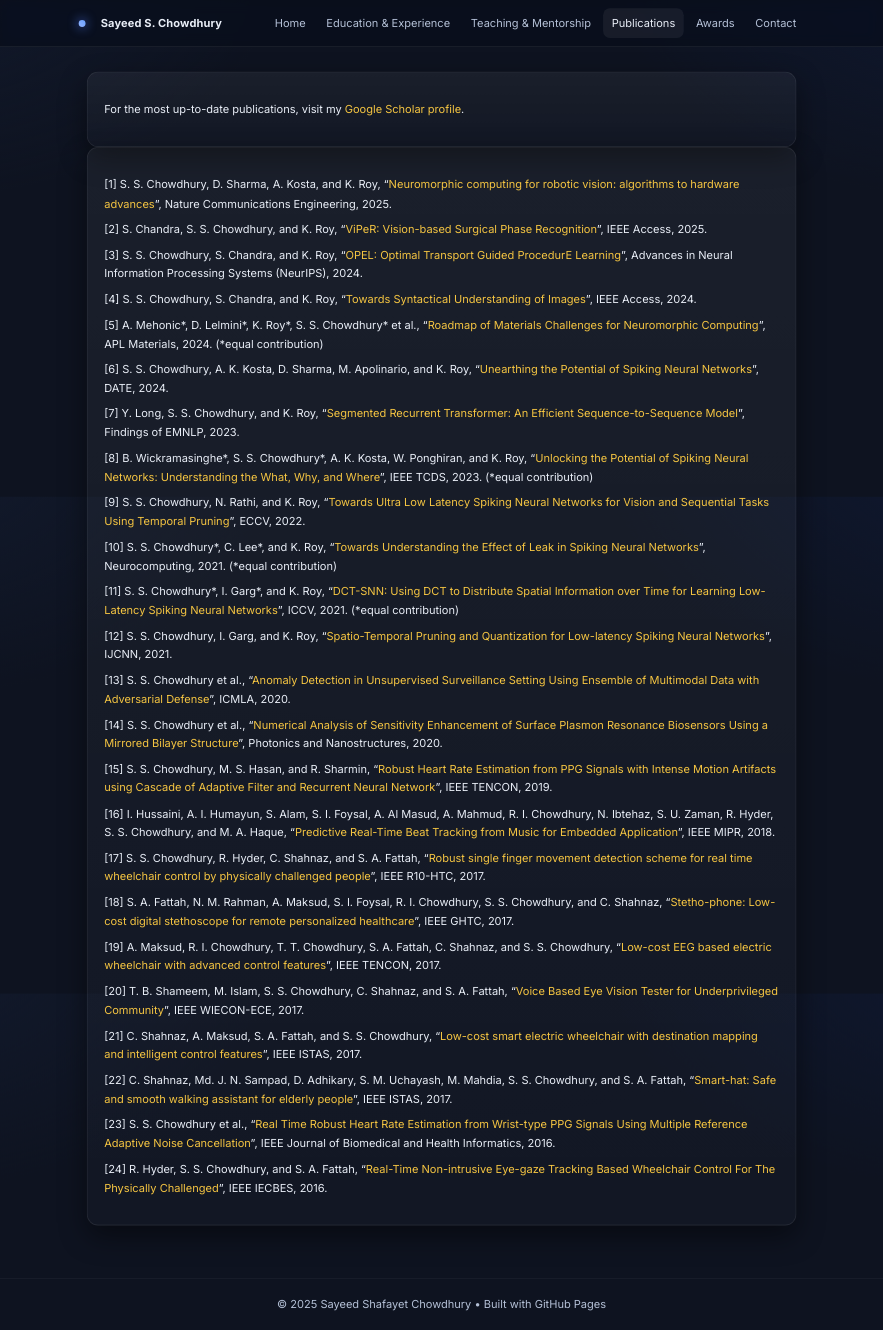
Repository: SayeedChowdhury/SayeedChowdhury.github.io
Page: publications.html
These files come from the project's save history. The page is drawn as it stood at one moment and after the next save; the edit follows.
The browser window is 1280 px wide. The pictures show the whole page, at 69% of full size.

Above is the page before, as saved 2025-08-11 14:33:19.

### publications.html
<!doctype html>
<html lang="en">
<head>
  <meta charset="utf-8">
  <meta name="viewport" content="width=device-width, initial-scale=1">
  <title>Publications • Sayeed S. Chowdhury</title>
  <link rel="preconnect" href="https://fonts.googleapis.com">
  <link rel="preconnect" href="https://fonts.gstatic.com" crossorigin>
  <link href="https://fonts.googleapis.com/css2?family=Inter:wght@400;600;700&display=swap" rel="stylesheet">
  <link rel="stylesheet" href="assets/style.css">
</head>
<body>
<div class="nav">
  <div class="inner container">
    <div class="brand"><span class="dot"></span> <a href="index.html" style="text-decoration:none;color:inherit;">Sayeed S. Chowdhury</a></div>
    <div style="margin-left:auto; display:flex; gap:6px; flex-wrap:wrap">
      <a href="index.html" class="">Home</a>
      <a href="edu-exp.html" class="">Education & Experience</a>
      <a href="teaching.html" class="">Teaching & Mentorship</a>
      <a href="publications.html" class="active">Publications</a>
      <a href="awards.html" class="">Awards</a>
      <a href="contact.html" class="">Contact</a>
    </div>
  </div>
</div>
<div class="container">

<section class="section">
  <div class="card">
    <p>For the most up-to-date publications, visit my
      <a href="https://scholar.google.com/citations?hl=en&user=646ndV4AAAAJ&view_op=list_works&sortby=pubdate" target="_blank" rel="noopener">Google Scholar profile</a>.
    </p>
  </div>
  <div class="card">
    <ol class="list" style="list-style:none; padding-left:0">
      <li>[1] S. S. Chowdhury, D. Sharma, A. Kosta, and K. Roy, “<a href="https://scholar.google.com/scholar?q=Neuromorphic+computing+for+robotic+vision:+algorithms+to+hardware+advances" target="_blank" rel="noopener">Neuromorphic computing for robotic vision: algorithms to hardware advances</a>”, Nature Communications Engineering, 2025.</li>
      <li>[2] S. Chandra, S. S. Chowdhury, and K. Roy, “<a href="https://scholar.google.com/scholar?q=ViPeR:+Vision-based+Surgical+Phase+Recognition" target="_blank" rel="noopener">ViPeR: Vision-based Surgical Phase Recognition</a>”, IEEE Access, 2025.</li>
      <li>[3] S. S. Chowdhury, S. Chandra, and K. Roy, “<a href="https://scholar.google.com/scholar?q=OPEL:+Optimal+Transport+Guided+ProcedurE+Learning" target="_blank" rel="noopener">OPEL: Optimal Transport Guided ProcedurE Learning</a>”, Advances in Neural Information Processing Systems (NeurIPS), 2024.</li>
      <li>[4] S. S. Chowdhury, S. Chandra, and K. Roy, “<a href="https://scholar.google.com/scholar?q=Towards+Syntactical+Understanding+of+Images" target="_blank" rel="noopener">Towards Syntactical Understanding of Images</a>”, IEEE Access, 2024.</li>
      <li>[5] A. Mehonic*, D. Lelmini*, K. Roy*, S. S. Chowdhury* et al., “<a href="https://scholar.google.com/scholar?q=Roadmap+of+Materials+Challenges+for+Neuromorphic+Computing" target="_blank" rel="noopener">Roadmap of Materials Challenges for Neuromorphic Computing</a>”, APL Materials, 2024. (*equal contribution)</li>
      <li>[6] S. S. Chowdhury, A. K. Kosta, D. Sharma, M. Apolinario, and K. Roy, “<a href="https://scholar.google.com/scholar?q=Unearthing+the+Potential+of+Spiking+Neural+Networks" target="_blank" rel="noopener">Unearthing the Potential of Spiking Neural Networks</a>”, DATE, 2024.</li>
      <li>[7] Y. Long, S. S. Chowdhury, and K. Roy, “<a href="https://scholar.google.com/scholar?q=Segmented+Recurrent+Transformer:+An+Efficient+Sequence-to-Sequence+Model" target="_blank" rel="noopener">Segmented Recurrent Transformer: An Efficient Sequence-to-Sequence Model</a>”, Findings of EMNLP, 2023.</li>
      <li>[8] B. Wickramasinghe*, S. S. Chowdhury*, A. K. Kosta, W. Ponghiran, and K. Roy, “<a href="https://scholar.google.com/scholar?q=Unlocking+the+Potential+of+Spiking+Neural+Networks:+Understanding+the+What,+Why,+and+Where" target="_blank" rel="noopener">Unlocking the Potential of Spiking Neural Networks: Understanding the What, Why, and Where</a>”, IEEE TCDS, 2023. (*equal contribution)</li>
      <li>[9] S. S. Chowdhury, N. Rathi, and K. Roy, “<a href="https://scholar.google.com/scholar?q=Towards+Ultra+Low+Latency+Spiking+Neural+Networks+for+Vision+and+Sequential+Tasks+Using+Temporal+Pruning" target="_blank" rel="noopener">Towards Ultra Low Latency Spiking Neural Networks for Vision and Sequential Tasks Using Temporal Pruning</a>”, ECCV, 2022.</li>
      <li>[10] S. S. Chowdhury*, C. Lee*, and K. Roy, “<a href="https://scholar.google.com/scholar?q=Towards+Understanding+the+Effect+of+Leak+in+Spiking+Neural+Networks" target="_blank" rel="noopener">Towards Understanding the Effect of Leak in Spiking Neural Networks</a>”, Neurocomputing, 2021. (*equal contribution)</li>
      <li>[11] S. S. Chowdhury*, I. Garg*, and K. Roy, “<a href="https://scholar.google.com/scholar?q=DCT-SNN:+Using+DCT+to+Distribute+Spatial+Information+over+Time+for+Learning+Low-Latency+Spiking+Neural+Networks" target="_blank" rel="noopener">DCT-SNN: Using DCT to Distribute Spatial Information over Time for Learning Low-Latency Spiking Neural Networks</a>”, ICCV, 2021. (*equal contribution)</li>
      <li>[12] S. S. Chowdhury, I. Garg, and K. Roy, “<a href="https://scholar.google.com/scholar?q=Spatio-Temporal+Pruning+and+Quantization+for+Low-latency+Spiking+Neural+Networks" target="_blank" rel="noopener">Spatio-Temporal Pruning and Quantization for Low-latency Spiking Neural Networks</a>”, IJCNN, 2021.</li>
      <li>[13] S. S. Chowdhury et al., “<a href="https://scholar.google.com/scholar?q=Anomaly+Detection+in+Unsupervised+Surveillance+Setting+Using+Ensemble+of+Multimodal+Data+with+Adversarial+Defense" target="_blank" rel="noopener">Anomaly Detection in Unsupervised Surveillance Setting Using Ensemble of Multimodal Data with Adversarial Defense</a>”, ICMLA, 2020.</li>
      <li>[14] S. S. Chowdhury et al., “<a href="https://scholar.google.com/scholar?q=Numerical+Analysis+of+Sensitivity+Enhancement+of+Surface+Plasmon+Resonance+Biosensors+Using+a+Mirrored+Bilayer+Structure" target="_blank" rel="noopener">Numerical Analysis of Sensitivity Enhancement of Surface Plasmon Resonance Biosensors Using a Mirrored Bilayer Structure</a>”, Photonics and Nanostructures, 2020.</li>
      <li>[15] S. S. Chowdhury, M. S. Hasan, and R. Sharmin, “<a href="https://scholar.google.com/scholar?q=Robust+Heart+Rate+Estimation+from+PPG+Signals+with+Intense+Motion+Artifacts+using+Cascade+of+Adaptive+Filter+and+Recurrent+Neural+Network" target="_blank" rel="noopener">Robust Heart Rate Estimation from PPG Signals with Intense Motion Artifacts using Cascade of Adaptive Filter and Recurrent Neural Network</a>”, IEEE TENCON, 2019.</li>
      <li>[16] I. Hussaini, A. I. Humayun, S. Alam, S. I. Foysal, A. Al Masud, A. Mahmud, R. I. Chowdhury, N. Ibtehaz, S. U. Zaman, R. Hyder, S. S. Chowdhury, and M. A. Haque, “<a href="https://scholar.google.com/scholar?q=Predictive+Real-Time+Beat+Tracking+from+Music+for+Embedded+Application" target="_blank" rel="noopener">Predictive Real-Time Beat Tracking from Music for Embedded Application</a>”, IEEE MIPR, 2018.</li>
      <li>[17] S. S. Chowdhury, R. Hyder, C. Shahnaz, and S. A. Fattah, “<a href="https://scholar.google.com/scholar?q=Robust+single+finger+movement+detection+scheme+for+real+time+wheelchair+control+by+physically+challenged+people" target="_blank" rel="noopener">Robust single finger movement detection scheme for real time wheelchair control by physically challenged people</a>”, IEEE R10-HTC, 2017.</li>
      <li>[18] S. A. Fattah, N. M. Rahman, A. Maksud, S. I. Foysal, R. I. Chowdhury, S. S. Chowdhury, and C. Shahnaz, “<a href="https://scholar.google.com/scholar?q=Stetho-phone:+Low-cost+digital+stethoscope+for+remote+personalized+healthcare" target="_blank" rel="noopener">Stetho-phone: Low-cost digital stethoscope for remote personalized healthcare</a>”, IEEE GHTC, 2017.</li>
      <li>[19] A. Maksud, R. I. Chowdhury, T. T. Chowdhury, S. A. Fattah, C. Shahnaz, and S. S. Chowdhury, “<a href="https://scholar.google.com/scholar?q=Low-cost+EEG+based+electric+wheelchair+with+advanced+control+features" target="_blank" rel="noopener">Low-cost EEG based electric wheelchair with advanced control features</a>”, IEEE TENCON, 2017.</li>
      <li>[20] T. B. Shameem, M. Islam, S. S. Chowdhury, C. Shahnaz, and S. A. Fattah, “<a href="https://scholar.google.com/scholar?q=Voice+Based+Eye+Vision+Tester+for+Underprivileged+Community" target="_blank" rel="noopener">Voice Based Eye Vision Tester for Underprivileged Community</a>”, IEEE WIECON-ECE, 2017.</li>
      <li>[21] C. Shahnaz, A. Maksud, S. A. Fattah, and S. S. Chowdhury, “<a href="https://scholar.google.com/scholar?q=Low-cost+smart+electric+wheelchair+with+destination+mapping+and+intelligent+control+features" target="_blank" rel="noopener">Low-cost smart electric wheelchair with destination mapping and intelligent control features</a>”, IEEE ISTAS, 2017.</li>
      <li>[22] C. Shahnaz, Md. J. N. Sampad, D. Adhikary, S. M. Uchayash, M. Mahdia, S. S. Chowdhury, and S. A. Fattah, “<a href="https://scholar.google.com/scholar?q=Smart-hat:+Safe+and+smooth+walking+assistant+for+elderly+people" target="_blank" rel="noopener">Smart-hat: Safe and smooth walking assistant for elderly people</a>”, IEEE ISTAS, 2017.</li>
      <li>[23] S. S. Chowdhury et al., “<a href="https://scholar.google.com/scholar?q=Real+Time+Robust+Heart+Rate+Estimation+from+Wrist-type+PPG+Signals+Using+Multiple+Reference+Adaptive+Noise+Cancellation" target="_blank" rel="noopener">Real Time Robust Heart Rate Estimation from Wrist-type PPG Signals Using Multiple Reference Adaptive Noise Cancellation</a>”, IEEE Journal of Biomedical and Health Informatics, 2016.</li>
      <li>[24] R. Hyder, S. S. Chowdhury, and S. A. Fattah, “<a href="https://scholar.google.com/scholar?q=Real-Time+Non-intrusive+Eye-gaze+Tracking+Based+Wheelchair+Control+For+The+Physically+Challenged" target="_blank" rel="noopener">Real-Time Non-intrusive Eye-gaze Tracking Based Wheelchair Control For The Physically Challenged</a>”, IEEE IECBES, 2016.</li>
    </ol>
  </div>
</section>

</div>
<div class="footer">© 2025 Sayeed Shafayet Chowdhury • Built with GitHub Pages</div>
</body>
</html>

### assets/style.css

:root{
  --bg:#0e1320;
  --bg-grad1:#121a2d;
  --panel:#151b2e;
  --panel-2:#101626;
  --ink:#e9eef7;
  --muted:#b4c0d6;
  --navy:#92b4ff;
  --gold:#f3c77a;
  --border:rgba(255,255,255,.08);
  --shadow:0 16px 40px rgba(0,0,0,.45);
  --radius:16px;
}

*{box-sizing:border-box}
html,body{height:100%}
body{
  margin:0;
  color:var(--ink);
  background:
    radial-gradient(900px 600px at -10% -10%, var(--bg-grad1) 0%, transparent 60%),
    radial-gradient(900px 600px at 110% -10%, #0f1830 0%, transparent 60%),
    var(--bg);
  font:16px/1.7 "Inter", system-ui, -apple-system, Segoe UI, Roboto, Helvetica, Arial;
  -webkit-font-smoothing:antialiased;
}

.container{max-width:1100px;margin:0 auto;padding:24px}

.nav{
  position:sticky; top:0; z-index:10;
  background:rgba(9,13,24,.7);
  backdrop-filter:saturate(170%) blur(10px);
  border-bottom:1px solid var(--border);
}
.nav .inner{display:flex; align-items:center; gap:16px; padding:12px 24px;}
.nav .brand{display:flex; align-items:center; gap:10px; font-weight:700; letter-spacing:.2px; color:var(--ink)}
.nav .brand .dot{width:10px;height:10px;border-radius:50%;background:linear-gradient(45deg,var(--navy),#6aa0ff); box-shadow:0 0 16px #4e79ff}
.nav a{color:var(--muted); text-decoration:none; padding:8px 12px; border-radius:10px}
.nav a.active, .nav a:hover{color:var(--ink); background:rgba(255,255,255,.06)}

.hero{
  display:grid; grid-template-columns:1.1fr .9fr; gap:28px; align-items:stretch;
  padding:48px 24px 12px;
}
.card{
  background:linear-gradient(180deg, rgba(255,255,255,.05), rgba(255,255,255,.02));
  border:1px solid var(--border);
  border-radius:var(--radius);
  box-shadow:var(--shadow);
  padding:24px;
}
h1{font-size:32px; margin:0 0 4px}
h2{font-size:24px;margin:16px 0 10px;color:var(--navy)}
h3{font-size:18px;margin:0 0 6px}
.lead{color:var(--muted); font-size:16px}
.badges{display:flex; flex-wrap:wrap; gap:10px; margin-top:14px}
.badge{background:rgba(146,180,255,.14); border:1px solid rgba(146,180,255,.4); color:#d9e4ff; padding:6px 10px; border-radius:999px; font-size:13px}

.row{display:flex; gap:18px; flex-wrap:wrap; align-items:center}
.cta{display:flex; gap:12px; flex-wrap:wrap; margin-top:12px}
.button{display:inline-flex;align-items:center;gap:10px;padding:12px 16px;border-radius:12px;border:1px solid var(--border);background:rgba(146,180,255,.16);color:var(--ink);text-decoration:none;font-weight:600}
.button.secondary{background:rgba(255,255,255,.04)}

.headshot{width:160px;height:160px;border-radius:50%;object-fit:cover;border:3px solid rgba(255,255,255,.08);box-shadow:var(--shadow)}

.section{padding:12px}
.kicker{color:var(--gold);font-weight:700;letter-spacing:.4px;text-transform:uppercase;font-size:12px}

.list{padding-left:20px}
.list li{margin:10px 0}

.footer{border-top:1px solid var(--border); color:var(--muted); padding:24px; text-align:center; margin-top:40px}

@media (max-width: 900px){
  .hero{grid-template-columns:1fr}
}

@media print{
  .nav,.footer,.cta{display:none}
  body{background:white;color:#111}
  .card{box-shadow:none}
}

/* General link style */
a {
  color: #f5c542; /* light gold color */
  text-decoration: none; /* optional: remove underline */
}

/* Hover effect */
a:hover {
  color: #ffdb70; /* slightly brighter gold */
  text-decoration: underline; /* optional: underline on hover */
}

/* Visited links (to avoid purple) */
a:visited {
  color: #f5c542;
}

After the next save:
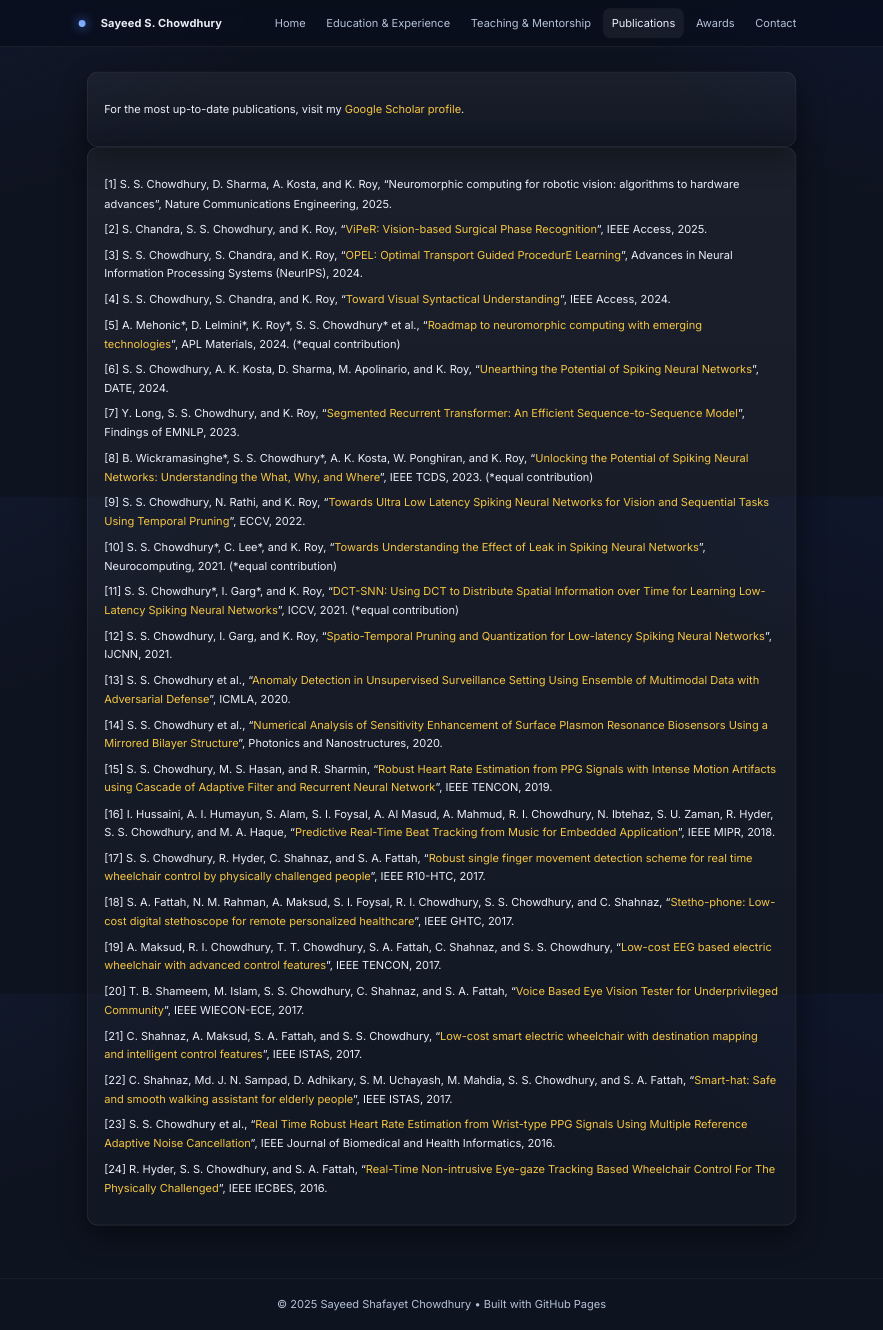
Saved 7 min 26 s later.
--- a/publications.html
+++ b/publications.html
@@ -33,11 +33,11 @@
   </div>
   <div class="card">
     <ol class="list" style="list-style:none; padding-left:0">
-      <li>[1] S. S. Chowdhury, D. Sharma, A. Kosta, and K. Roy, “<a href="https://scholar.google.com/scholar?q=Neuromorphic+computing+for+robotic+vision:+algorithms+to+hardware+advances" target="_blank" rel="noopener">Neuromorphic computing for robotic vision: algorithms to hardware advances</a>”, Nature Communications Engineering, 2025.</li>
+      <li>[1] S. S. Chowdhury, D. Sharma, A. Kosta, and K. Roy, “Neuromorphic computing for robotic vision: algorithms to hardware advances”, Nature Communications Engineering, 2025.</li>
       <li>[2] S. Chandra, S. S. Chowdhury, and K. Roy, “<a href="https://scholar.google.com/scholar?q=ViPeR:+Vision-based+Surgical+Phase+Recognition" target="_blank" rel="noopener">ViPeR: Vision-based Surgical Phase Recognition</a>”, IEEE Access, 2025.</li>
       <li>[3] S. S. Chowdhury, S. Chandra, and K. Roy, “<a href="https://scholar.google.com/scholar?q=OPEL:+Optimal+Transport+Guided+ProcedurE+Learning" target="_blank" rel="noopener">OPEL: Optimal Transport Guided ProcedurE Learning</a>”, Advances in Neural Information Processing Systems (NeurIPS), 2024.</li>
-      <li>[4] S. S. Chowdhury, S. Chandra, and K. Roy, “<a href="https://scholar.google.com/scholar?q=Towards+Syntactical+Understanding+of+Images" target="_blank" rel="noopener">Towards Syntactical Understanding of Images</a>”, IEEE Access, 2024.</li>
-      <li>[5] A. Mehonic*, D. Lelmini*, K. Roy*, S. S. Chowdhury* et al., “<a href="https://scholar.google.com/scholar?q=Roadmap+of+Materials+Challenges+for+Neuromorphic+Computing" target="_blank" rel="noopener">Roadmap of Materials Challenges for Neuromorphic Computing</a>”, APL Materials, 2024. (*equal contribution)</li>
+      <li>[4] S. S. Chowdhury, S. Chandra, and K. Roy, “<a href="https://scholar.google.com/scholar?q=Towards+Syntactical+Understanding+of+Images" target="_blank" rel="noopener">Toward Visual Syntactical Understanding</a>”, IEEE Access, 2024.</li>
+      <li>[5] A. Mehonic*, D. Lelmini*, K. Roy*, S. S. Chowdhury* et al., “<a href="https://pubs.aip.org/aip/apm/article/12/10/109201/3317314" target="_blank" rel="noopener">Roadmap to neuromorphic computing with emerging technologies</a>”, APL Materials, 2024. (*equal contribution)</li>
       <li>[6] S. S. Chowdhury, A. K. Kosta, D. Sharma, M. Apolinario, and K. Roy, “<a href="https://scholar.google.com/scholar?q=Unearthing+the+Potential+of+Spiking+Neural+Networks" target="_blank" rel="noopener">Unearthing the Potential of Spiking Neural Networks</a>”, DATE, 2024.</li>
       <li>[7] Y. Long, S. S. Chowdhury, and K. Roy, “<a href="https://scholar.google.com/scholar?q=Segmented+Recurrent+Transformer:+An+Efficient+Sequence-to-Sequence+Model" target="_blank" rel="noopener">Segmented Recurrent Transformer: An Efficient Sequence-to-Sequence Model</a>”, Findings of EMNLP, 2023.</li>
       <li>[8] B. Wickramasinghe*, S. S. Chowdhury*, A. K. Kosta, W. Ponghiran, and K. Roy, “<a href="https://scholar.google.com/scholar?q=Unlocking+the+Potential+of+Spiking+Neural+Networks:+Understanding+the+What,+Why,+and+Where" target="_blank" rel="noopener">Unlocking the Potential of Spiking Neural Networks: Understanding the What, Why, and Where</a>”, IEEE TCDS, 2023. (*equal contribution)</li>
